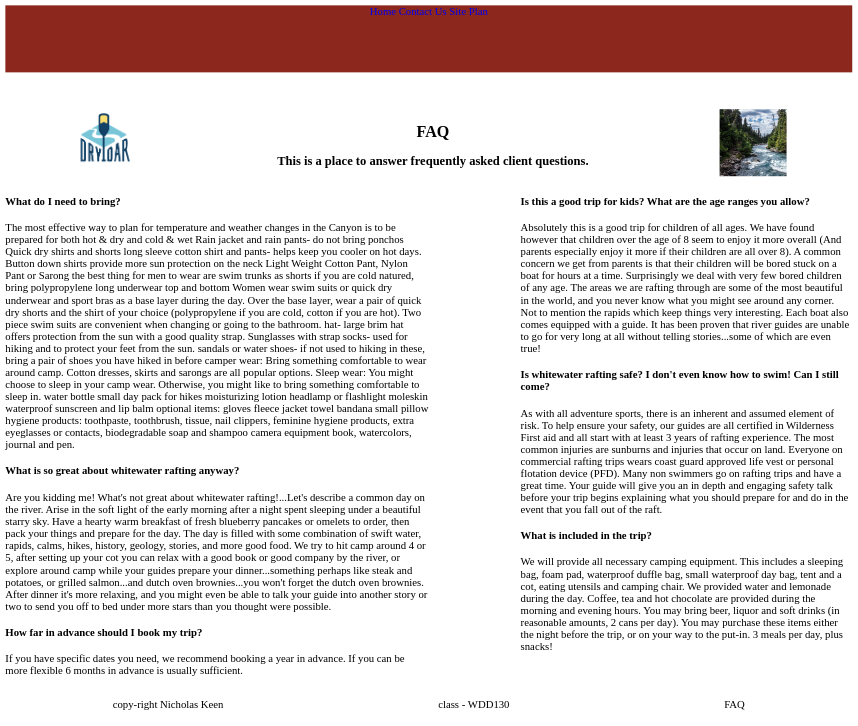
Repository: nak97/WDD-130
Page: wrr/faq.html
These files come from the project's save history. The page is drawn as it stood at one moment and after the next save; the edit follows.
The browser window is 1280 px wide. The pictures show the whole page, at 67% of full size.

Above is the page before, as saved 2023-03-13 05:13:33.

After the next save:
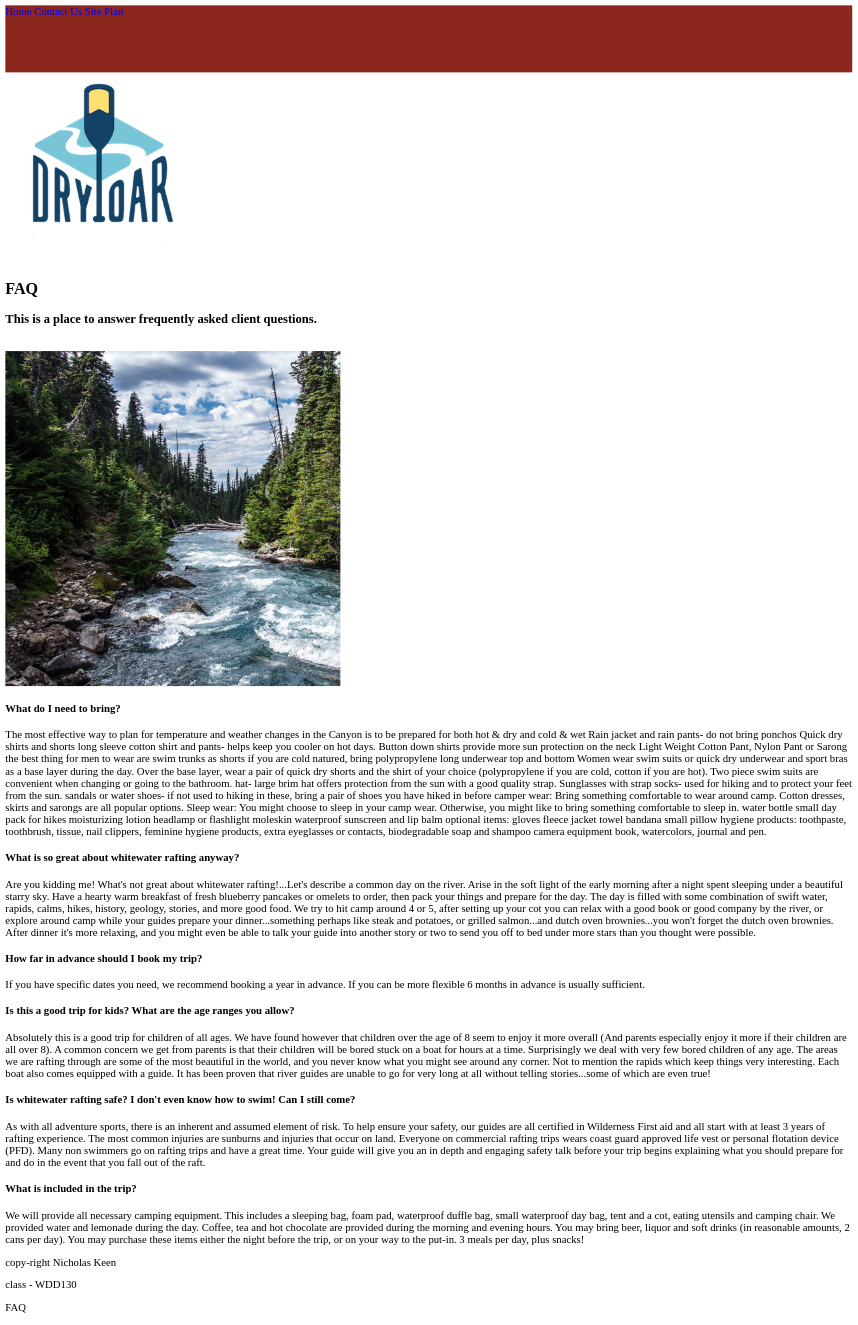
Saved 5 s later.
--- a/wrr/styles/faq.css
+++ b/wrr/styles/faq.css
@@ -3,8 +3,7 @@
 background-color:  #8C271E;
 height: 100px ;
 display: flex;
-justify-content: space-around;
-}
+
 
 .nav{
   justify-content: space-around;

After the save that followed:
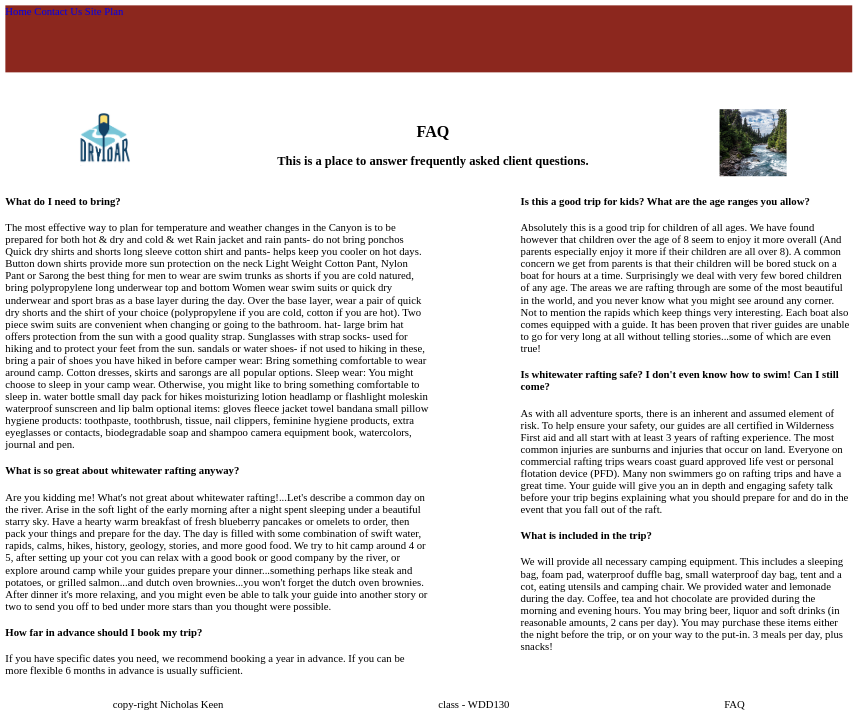
Saved 26 s later.
--- a/wrr/styles/faq.css
+++ b/wrr/styles/faq.css
@@ -2,7 +2,7 @@
 header {
 background-color:  #8C271E;
 height: 100px ;
-display: flex;
+display: flex;}
 
 
 .nav{
